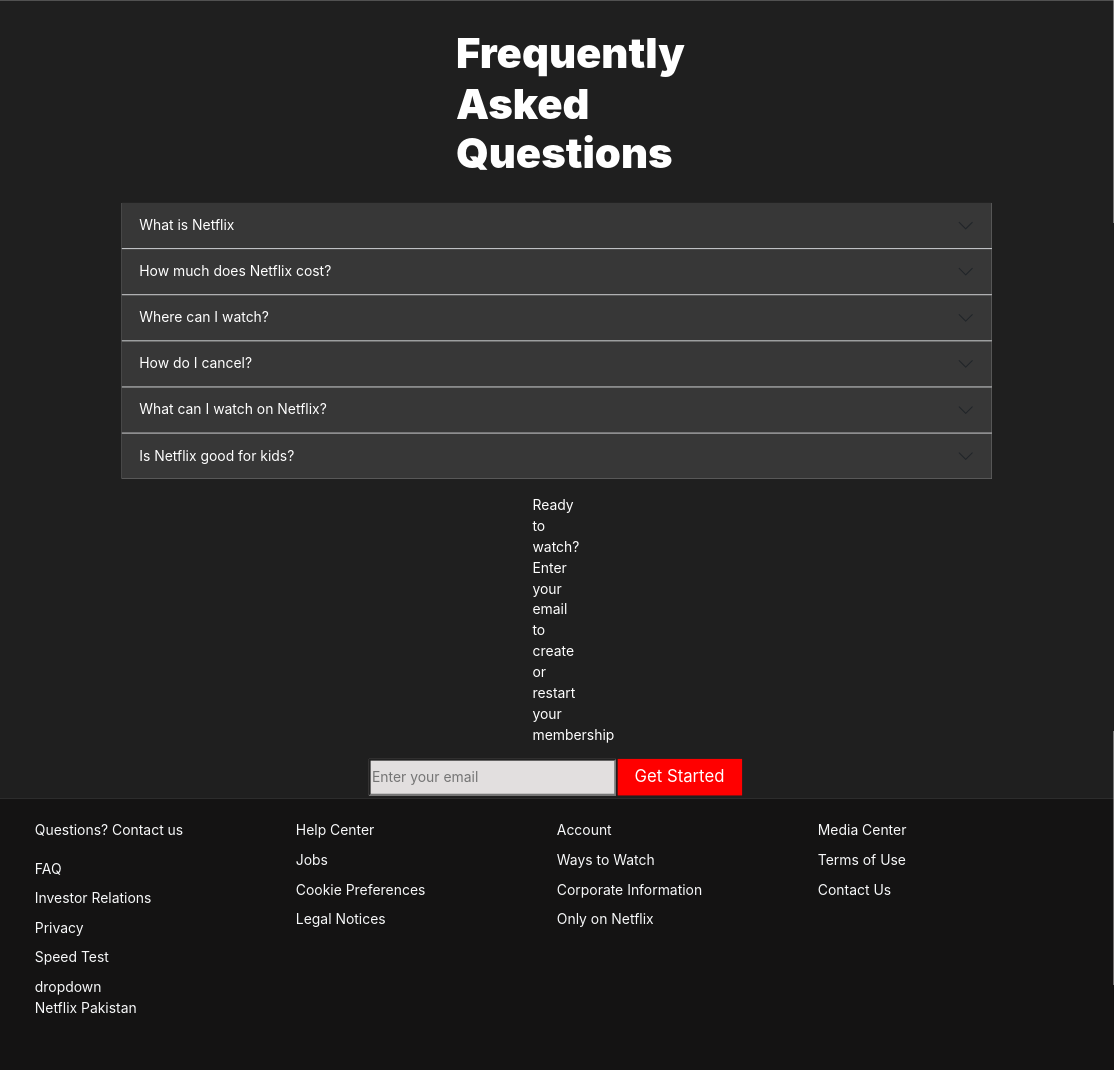
Repository: WajihaGul/Netflix-Clone
Page: /
An editor plug-in stored every save of this project. The page is shown before and after a run of saves, followed by the edit.
The browser window is 1280 px wide. The pictures show the part of the page from y = 621 to 1875 px (the page is 1851 px tall before and 1875 px after), at 87% of full size.
The project was rebuilt for these pictures with package versions that can differ from the ones it lists, and the page was loaded fresh each time. Also part of the build but not shown: src/App.css.

Above is the page before, as saved 2024-05-24 17:44:52.

After the next 2 saves:
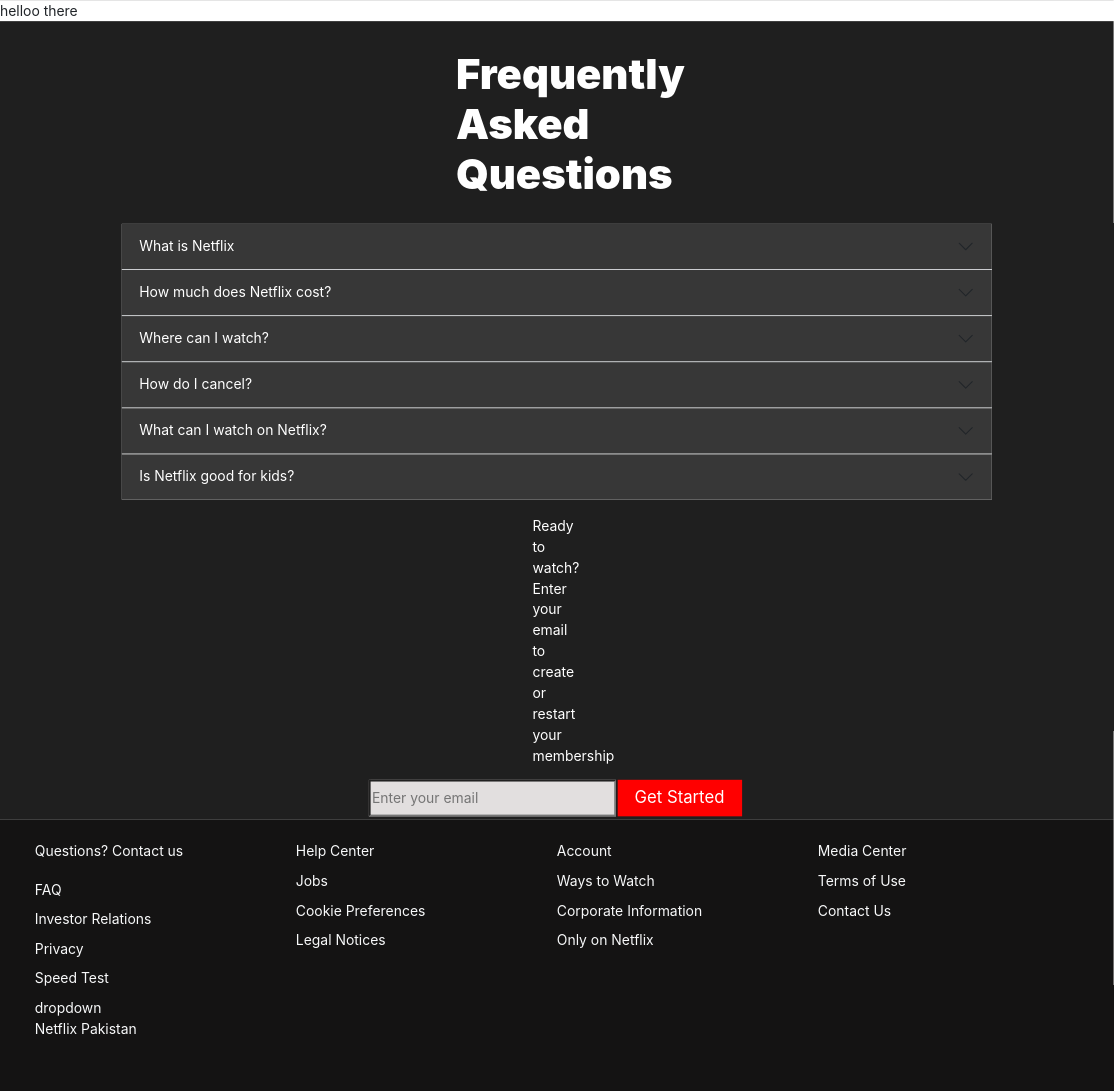
The 2 saves are shown as one change because 1 did not build or start.
The last was saved 39 s later.
--- a/src/Components/CreateProfile/CreateProfile.jsx
+++ b/src/Components/CreateProfile/CreateProfile.jsx
@@ -1,5 +1,4 @@
 const CreateProfile = () => {
-  return;
-  <div>helloo there</div>;
+  return <div>helloo there</div>;
 };
 export default CreateProfile;
